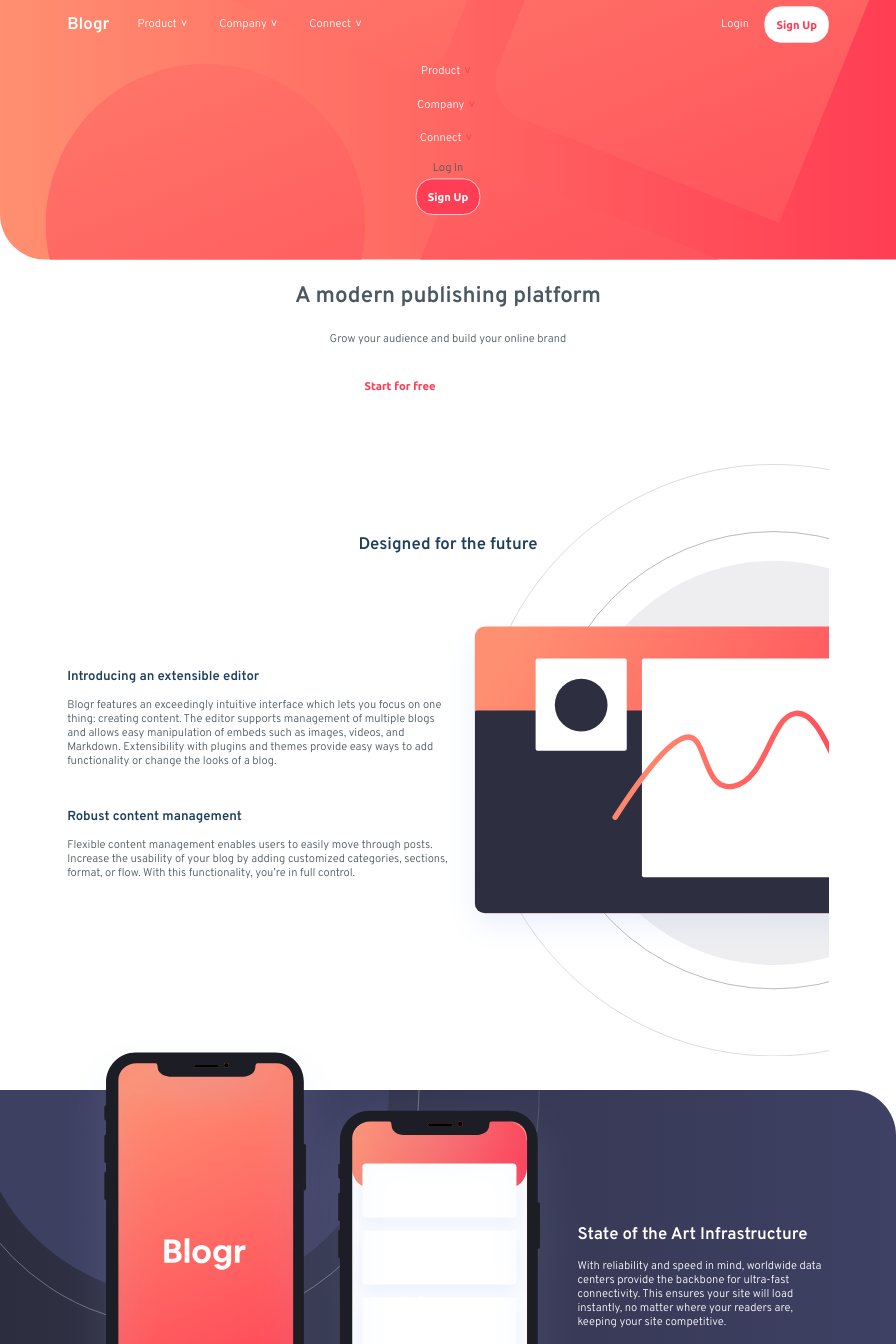
Repository: Ejiro-Oke/Blogr
Page: blogr.html
The author's editor kept a copy of each file at every save. The page is drawn from the files as they stood at one save, then again after the next save.
The browser window is 1280 px wide. The pictures show the part of the page from y = 0 to 1920 px (the page is 3355 px tall before and 3375 px after), at 70% of full size.

Above is the page before, as saved 2021-04-17 00:12:05.

After the next save:
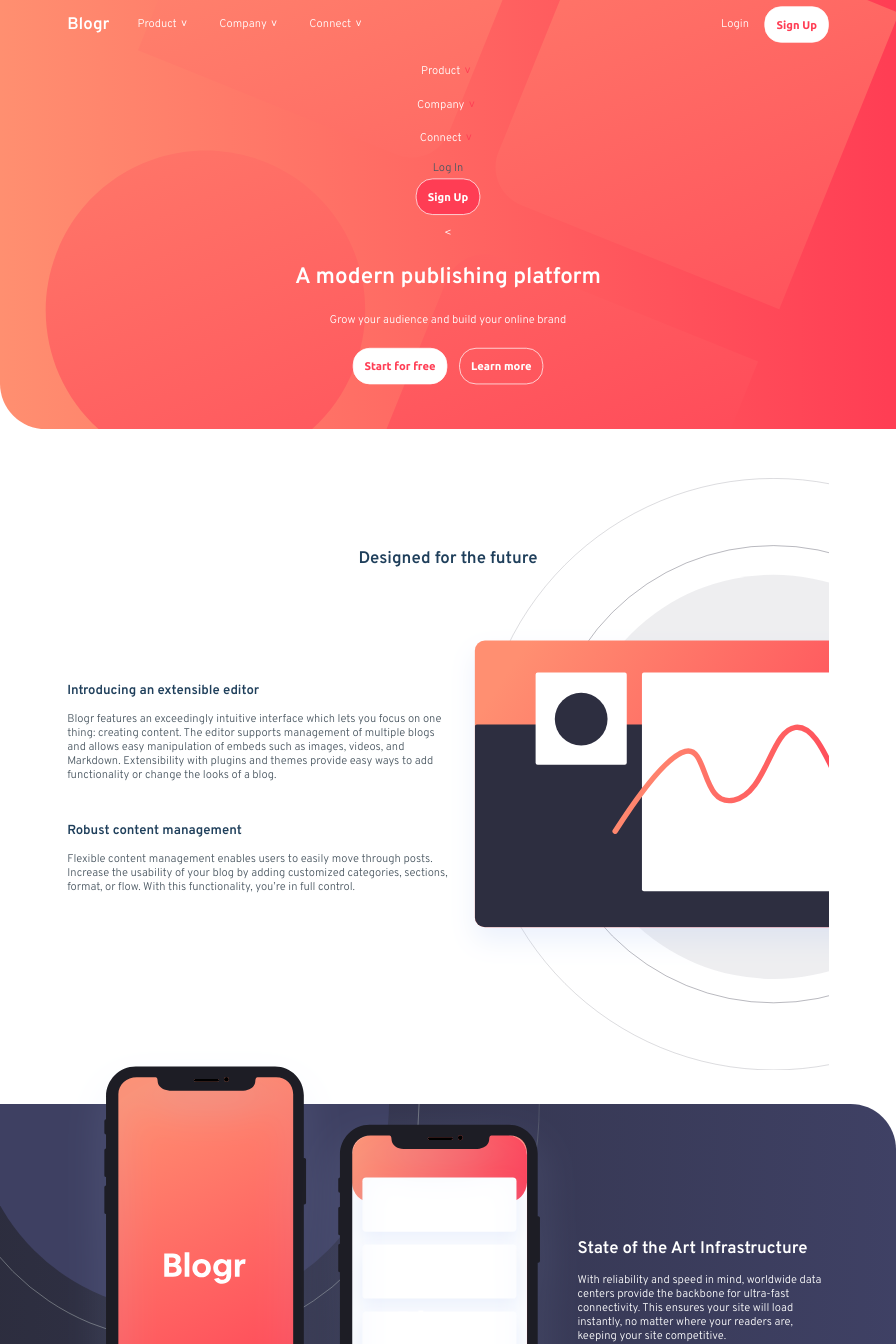
Saved 4 s later.
--- a/blogr.html
+++ b/blogr.html
@@ -120,7 +120,7 @@
         </div>
     </div>
     </div> <!---close container flex/ nav-bar-->
-</header>
+<
         <div class="container hero">
             <h1>A modern publishing platform</h1>
             <p>Grow your audience and build your online brand</p>
